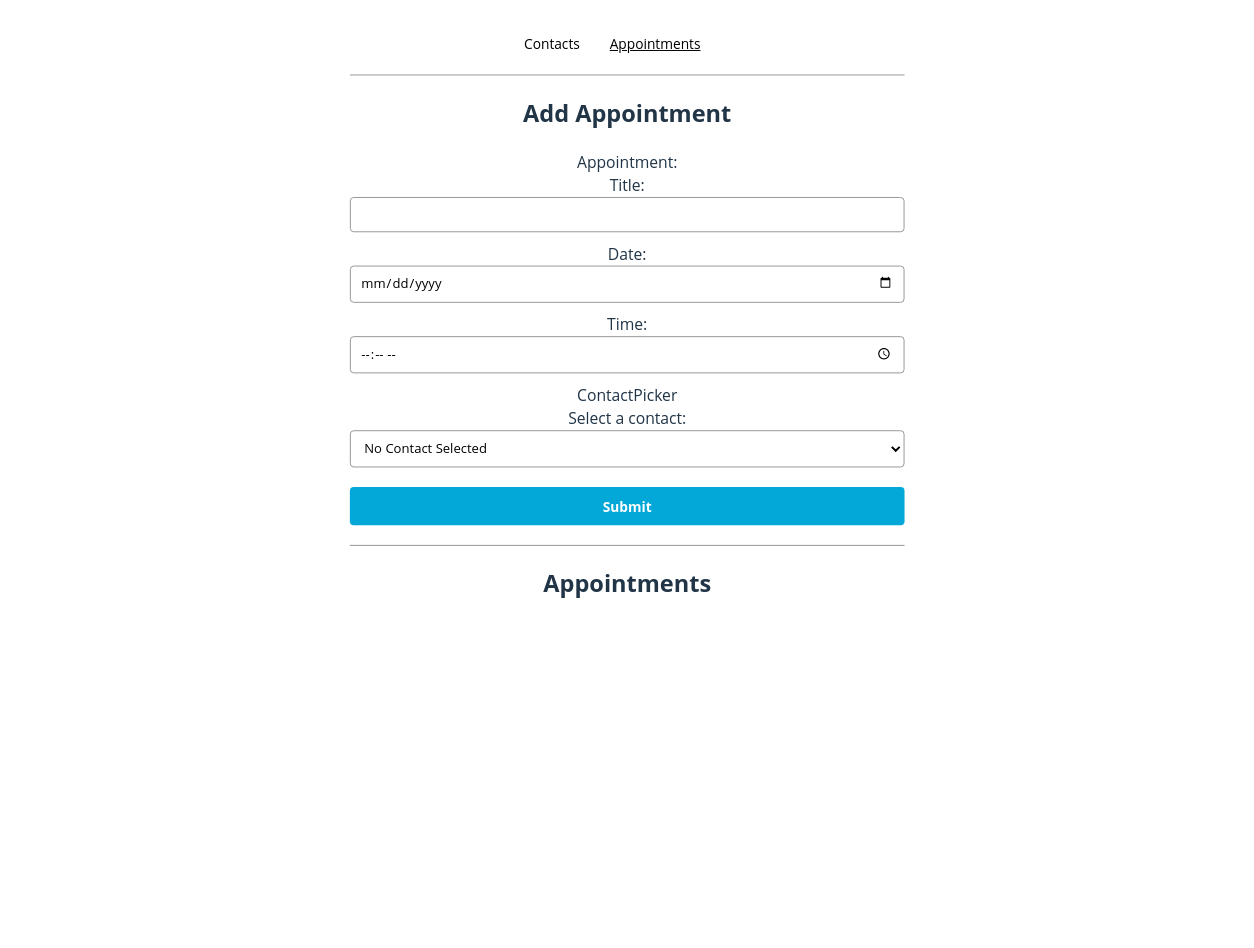
Repository: dnmyers/appointment-planner-v2.0
Page: /appointments
An editor plug-in stored every save of this project. The page is shown before and after the next save, followed by the edit.
The browser window is 1280 px wide. The pictures show the whole page, at 98% of full size.
The project was rebuilt for these pictures with package versions that can differ from the ones it lists, and the page was loaded fresh each time. Also part of the build but not shown: vite.config.js, src/components/contactForm/ContactForm.jsx, src/containers/contactsPage/ContactsPage.jsx.

Above is the page before, as saved 2023-08-14 23:35:23.

After the next save:
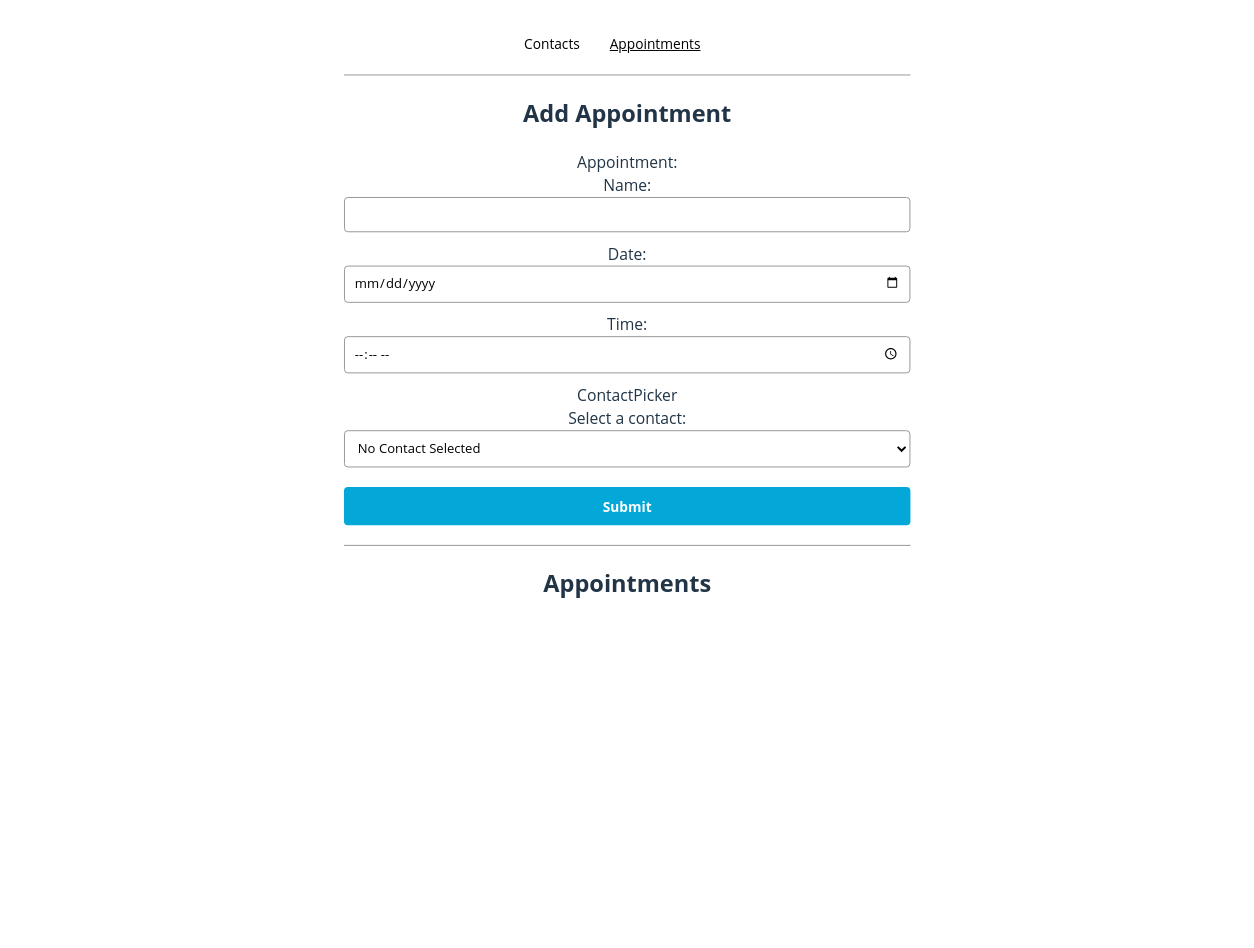
Saved 76 s later.
--- a/src/components/appointmentForm/AppointmentForm.jsx
+++ b/src/components/appointmentForm/AppointmentForm.jsx
@@ -11,8 +11,8 @@ const getTodayString = () => {
 };
 
 export const AppointmentForm = ({
-    title,
-    setTitle,
+    name,
+    setName,
     contact,
     setContact,
     date,
@@ -26,13 +26,13 @@ export const AppointmentForm = ({
         <>
             <div>Appointment:</div>
             <form onSubmit={handleSubmit}>
-                <label htmlFor="title">Title:
+                <label htmlFor="name">Name:
                     <input
                         type="text"
-                        name="title"
-                        id="title"
-                        value={title}
-                        onChange={e => setTitle(e.target.value)}
+                        name="name"
+                        id="name"
+                        value={name}
+                        onChange={e => setName(e.target.value)}
                     />
                 </label>
                 <label htmlFor="date">Date:
